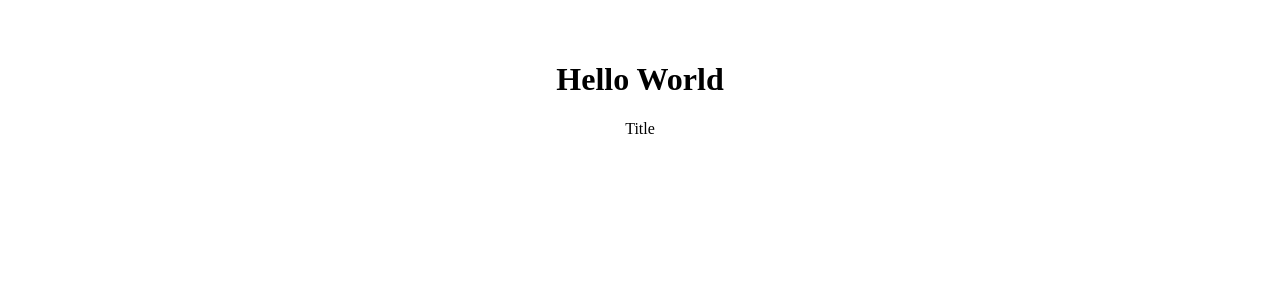
Repository: VishwaGoswami1407/todo-react-frontend
Page: /
The author's editor kept a copy of each file at every save. The page is drawn from the files as they stood at one save, then again after a run of saves.
The browser window is 1280 px wide. The pictures show the whole page.
The project was rebuilt for these pictures with package versions that can differ from the ones it lists, and the page was loaded fresh each time. Also part of the build but not shown: vite.config.js.

Above is the page before, as saved 2024-10-27 22:54:57.

After the next 4 saves:
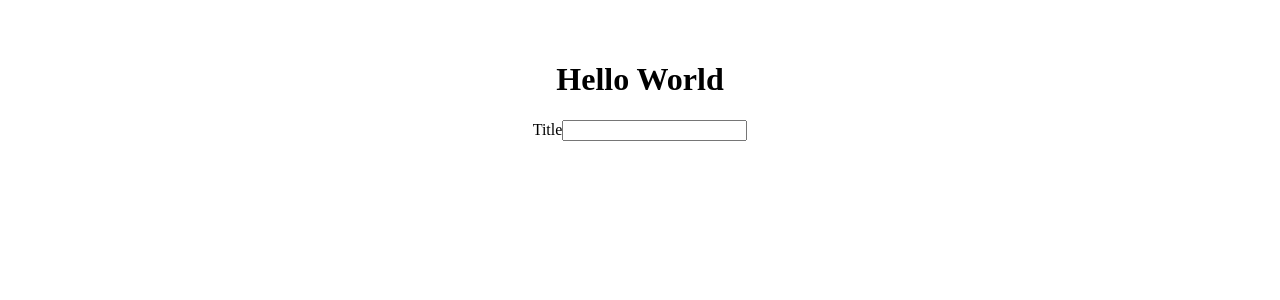
The 4 saves are shown as one change because they came seconds apart.
The last was saved 11 s later.
--- a/src/App.jsx
+++ b/src/App.jsx
@@ -6,6 +6,7 @@ function App() {
     <>
      <h1>Hello World</h1>
      <label>Title</label>
+     <input type="text" name="title" />
 
 
     </>
